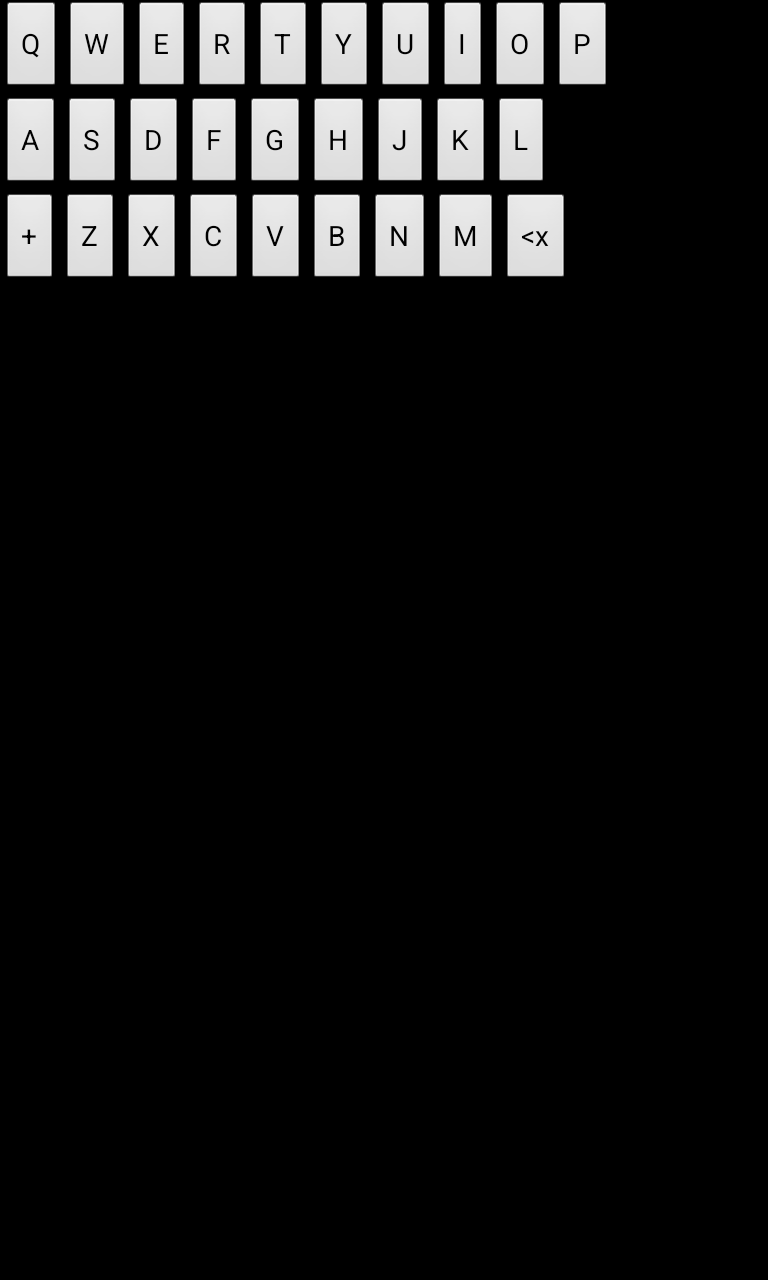
Repository: simplesns/workspace
Layout: eclipse/DEPuzzles/res/layout/ui_keypad.xml
The author's editor kept a copy of each file at every save. The layout is drawn from the files as they stood at one save, then again after the next save.
It is drawn on a 768 x 1280 px phone screen (xhdpi) without system bars, with theme android:Theme; the app's code is not run.

Above is the layout before, as saved 2011-01-29 08:57:21.

### eclipse/DEPuzzles/res/layout/ui_keypad.xml
<?xml version="1.0" encoding="utf-8"?>
<LinearLayout xmlns:android="http://schemas.android.com/apk/res/android"
	android:layout_width="fill_parent" android:layout_height="fill_parent"
	android:orientation="vertical">
	<LinearLayout android:id="@+id/LinearLayout01"
		android:layout_width="fill_parent" android:layout_height="wrap_content">
		<Button android:layout_width="wrap_content"
			android:layout_height="wrap_content" android:text="Q" android:id="@+id/KeyPadQ"></Button>
		<Button android:layout_width="wrap_content"
			android:layout_height="wrap_content" android:text="W" android:id="@+id/KeyPadW"></Button>
		<Button android:layout_width="wrap_content"
			android:layout_height="wrap_content" android:text="E" android:id="@+id/KeyPadE"></Button>
		<Button android:layout_width="wrap_content"
			android:layout_height="wrap_content" android:text="R" android:id="@+id/KeyPadR"></Button>
		<Button android:layout_width="wrap_content"
			android:layout_height="wrap_content" android:text="T" android:id="@+id/KeyPadT"></Button>
		<Button android:layout_width="wrap_content"
			android:layout_height="wrap_content" android:text="Y" android:id="@+id/KeyPadY"></Button>
		<Button android:layout_width="wrap_content"
			android:layout_height="wrap_content" android:text="U" android:id="@+id/KeyPadU"></Button>
		<Button android:layout_width="wrap_content"
			android:layout_height="wrap_content" android:text="I" android:id="@+id/KeyPadI"></Button>
		<Button android:layout_width="wrap_content"
			android:layout_height="wrap_content" android:text="O" android:id="@+id/KeyPadO"></Button>
		<Button android:layout_width="wrap_content"
			android:layout_height="wrap_content" android:text="P" android:id="@+id/KeyPadP"></Button>
	</LinearLayout>
	<LinearLayout android:id="@+id/LinearLayout02"
		android:layout_width="wrap_content" android:layout_height="wrap_content">
		<Button android:layout_width="wrap_content"
			android:layout_height="wrap_content" android:text="A" android:id="@+id/KeyPadA"></Button>
		<Button android:layout_width="wrap_content"
			android:layout_height="wrap_content" android:text="S" android:id="@+id/KeyPadS"></Button>
		<Button android:layout_width="wrap_content"
			android:layout_height="wrap_content" android:text="D" android:id="@+id/KeyPadD"></Button>
		<Button android:layout_width="wrap_content"
			android:layout_height="wrap_content" android:text="F" android:id="@+id/KeyPadF"></Button>
		<Button android:layout_width="wrap_content"
			android:layout_height="wrap_content" android:text="G" android:id="@+id/KeyPadG"></Button>
		<Button android:layout_width="wrap_content"
			android:layout_height="wrap_content" android:text="H" android:id="@+id/KeyPadH"></Button>
		<Button android:layout_width="wrap_content"
			android:layout_height="wrap_content" android:text="J" android:id="@+id/KeyPadJ"></Button>
		<Button android:layout_width="wrap_content"
			android:layout_height="wrap_content" android:text="K" android:id="@+id/KeyPadK"></Button>
		<Button android:layout_width="wrap_content"
			android:layout_height="wrap_content" android:text="L" android:id="@+id/KeyPadL"></Button>
	</LinearLayout>
	<LinearLayout android:id="@+id/LinearLayout03"
		android:layout_width="wrap_content" android:layout_height="wrap_content">
		<Button android:text="+" android:layout_width="wrap_content"
			android:layout_height="wrap_content" android:id="@+id/KeyPadMode"></Button>
		<Button android:layout_width="wrap_content"
			android:layout_height="wrap_content" android:text="Z" android:id="@+id/KeyPadZ"></Button>
		<Button android:layout_width="wrap_content"
			android:layout_height="wrap_content" android:text="X" android:id="@+id/KeyPadX"></Button>
		<Button android:layout_width="wrap_content"
			android:layout_height="wrap_content" android:text="C" android:id="@+id/KeyPadC"></Button>
		<Button android:layout_width="wrap_content"
			android:layout_height="wrap_content" android:text="V" android:id="@+id/KeyPadV"></Button>
		<Button android:layout_width="wrap_content"
			android:layout_height="wrap_content" android:text="B" android:id="@+id/KeyPadB"></Button>
		<Button android:layout_width="wrap_content"
			android:layout_height="wrap_content" android:text="N" android:id="@+id/KeyPadN"></Button>
		<Button android:layout_width="wrap_content"
			android:layout_height="wrap_content" android:text="M" android:id="@+id/KeyPadM"></Button>
		<Button android:layout_width="wrap_content"
			android:layout_height="wrap_content" android:text="<x" android:id="@+id/KeyPadBack"></Button>
	</LinearLayout>

</LinearLayout>

After the next save:
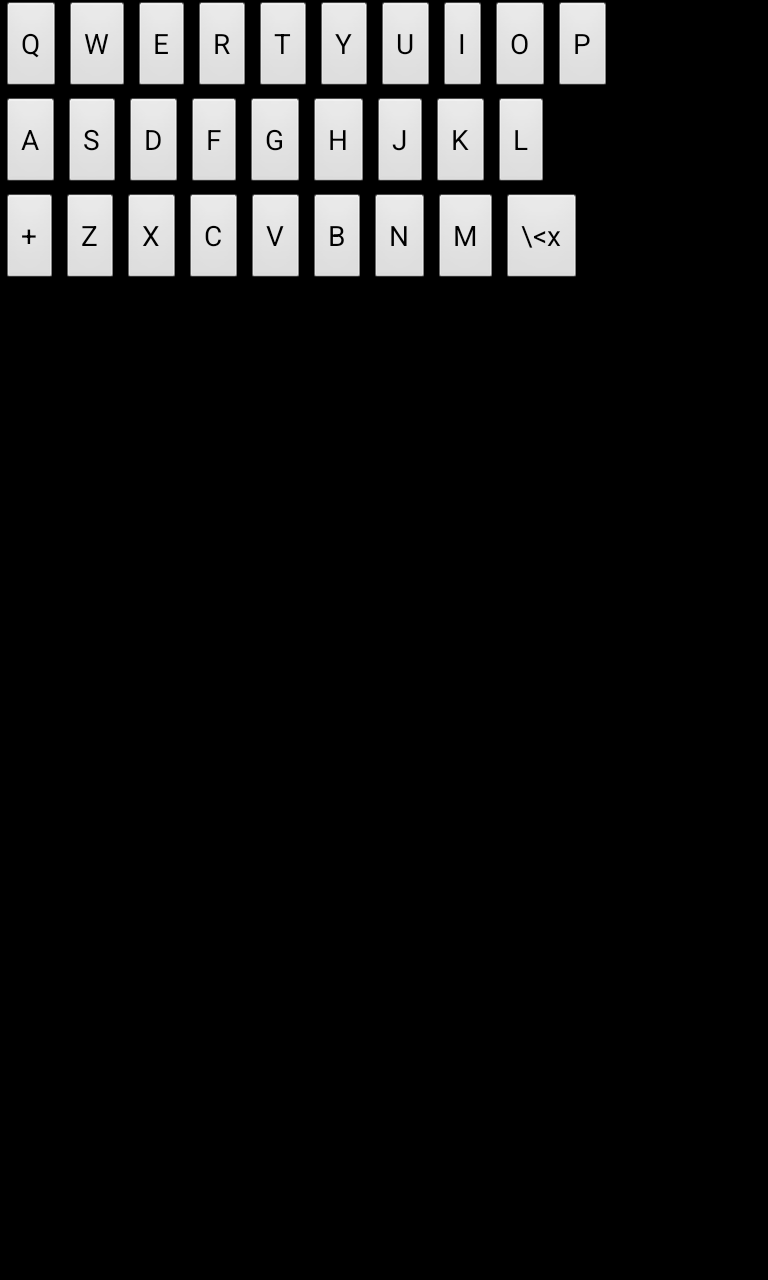
Saved 8 s later.
--- a/eclipse/DEPuzzles/res/layout/ui_keypad.xml
+++ b/eclipse/DEPuzzles/res/layout/ui_keypad.xml
@@ -65,7 +65,7 @@
 		<Button android:layout_width="wrap_content"
 			android:layout_height="wrap_content" android:text="M" android:id="@+id/KeyPadM"></Button>
 		<Button android:layout_width="wrap_content"
-			android:layout_height="wrap_content" android:text="<x" android:id="@+id/KeyPadBack"></Button>
+			android:layout_height="wrap_content" android:text="\<x" android:id="@+id/KeyPadBack"></Button>
 	</LinearLayout>
 
 </LinearLayout>
